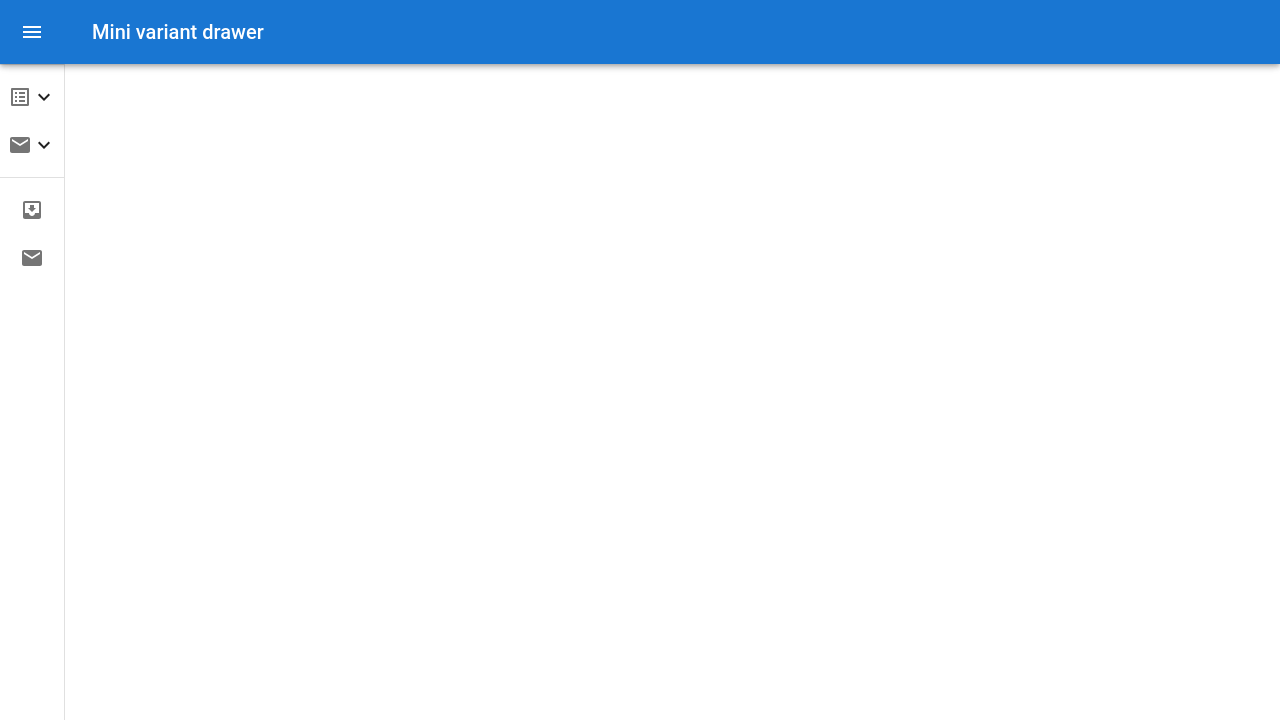
Repository: Vijay-Singh1/office-tools
Page: /createForm
An editor plug-in stored every save of this project. The page is shown before and after the next save, followed by the edit.
The browser window is 1280 px wide. The pictures show the whole page.
The project was rebuilt for these pictures with package versions that can differ from the ones it lists, and the page was loaded fresh each time. Also part of the build but not shown: vite.config.ts, src/FormBuilderApp/src/pages/CreateForm.tsx, src/FormBuilderApp/src/pages/OpenForms.tsx.

Above is the page before, as saved 2024-09-02 20:04:55.

After the next save:
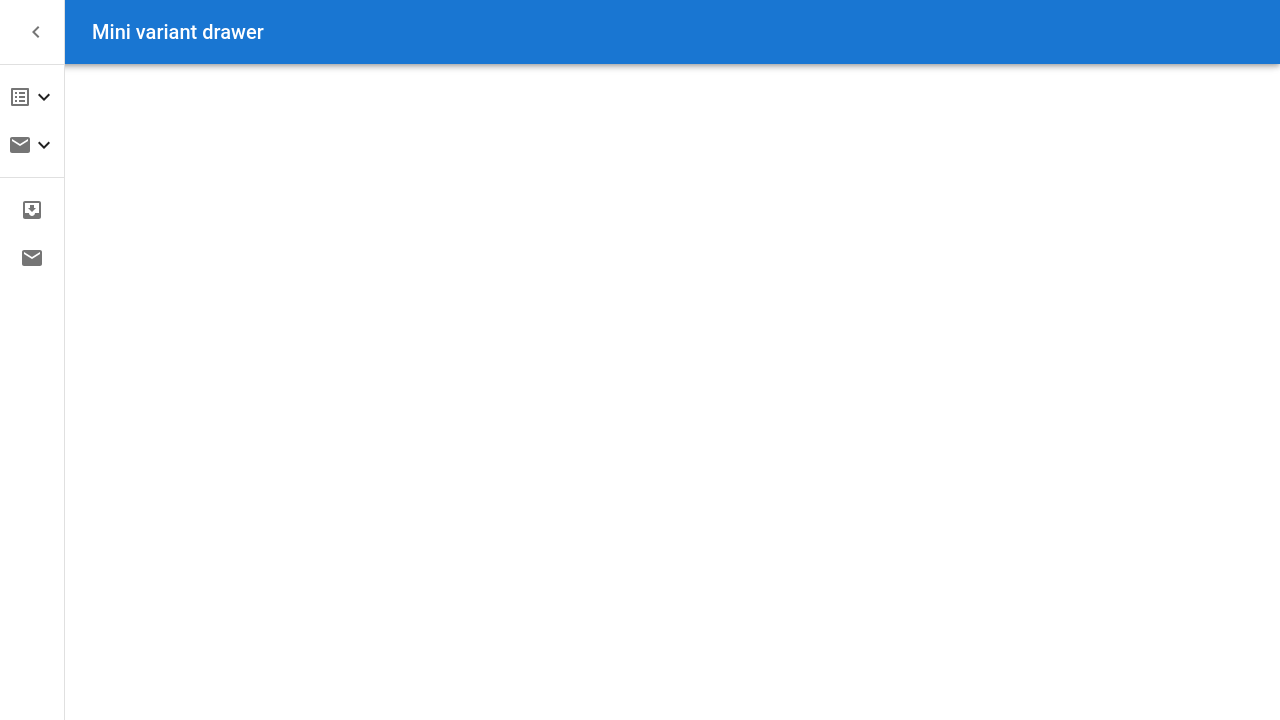
Saved 54 s later.
--- a/src/components/sidebar/index.tsx
+++ b/src/components/sidebar/index.tsx
@@ -63,7 +63,7 @@
 const AppBar = styled(MuiAppBar, {
   shouldForwardProp: (prop) => prop !== 'open',
 })<AppBarProps>(({ theme }) => ({
-  zIndex: theme.zIndex.drawer + 1,
+  // zIndex: theme.zIndex.drawer + 1,
   transition: theme.transitions.create(['width', 'margin'], {
     easing: theme.transitions.easing.sharp,
     duration: theme.transitions.duration.leavingScreen,

After the save that followed:
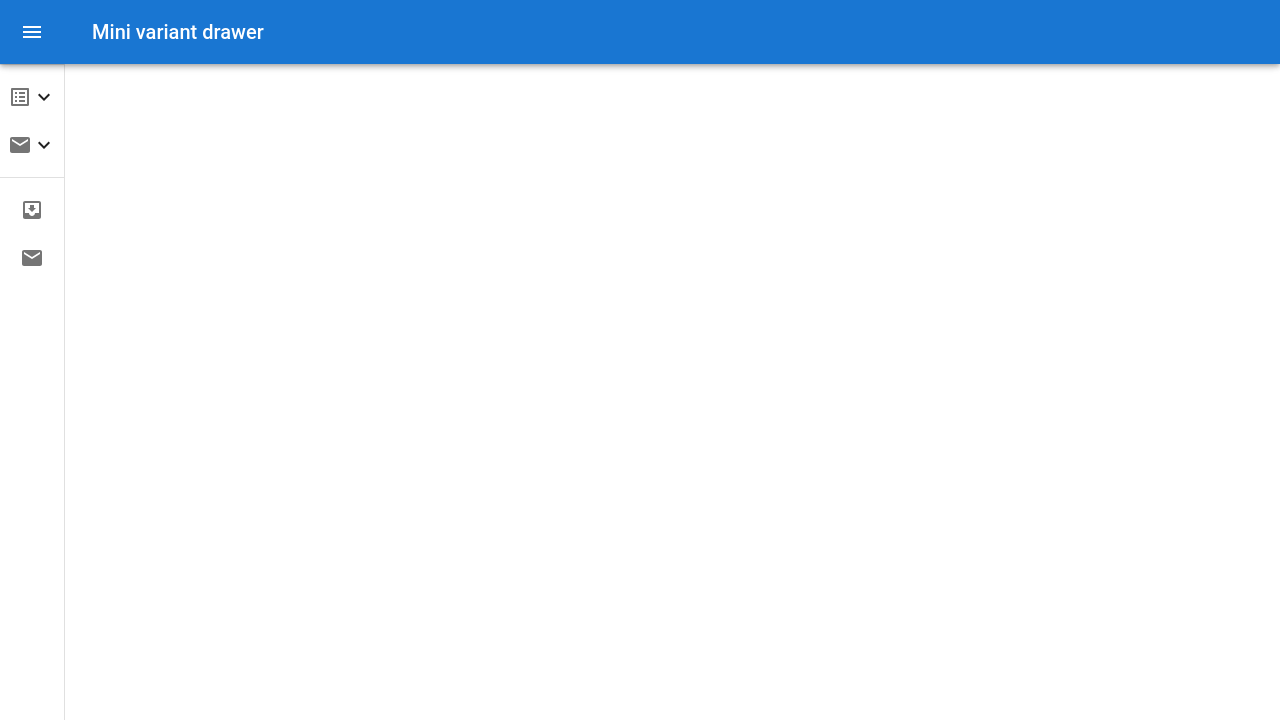
Saved 12 s later.
--- a/src/components/sidebar/index.tsx
+++ b/src/components/sidebar/index.tsx
@@ -63,7 +63,7 @@
 const AppBar = styled(MuiAppBar, {
   shouldForwardProp: (prop) => prop !== 'open',
 })<AppBarProps>(({ theme }) => ({
-  // zIndex: theme.zIndex.drawer + 1,
+  zIndex: theme.zIndex.drawer + 1,
   transition: theme.transitions.create(['width', 'margin'], {
     easing: theme.transitions.easing.sharp,
     duration: theme.transitions.duration.leavingScreen,
